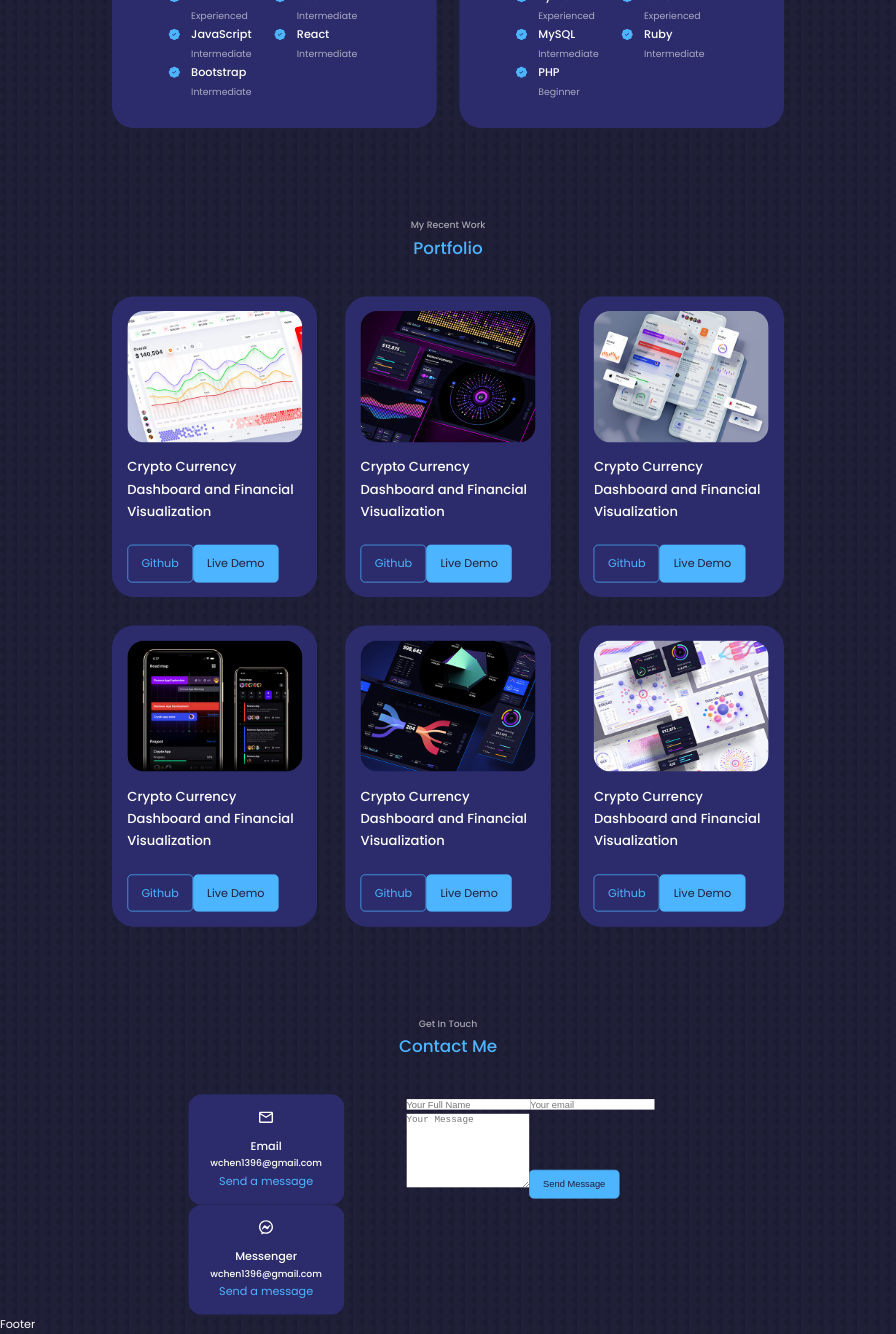
Repository: smallchungus/resumeWebsite
Page: / (app in hello/)
The author's editor kept a copy of each file at every save. The page is drawn from the files as they stood at one save, then again after the next save.
The browser window is 1280 px wide. The pictures show the part of the page from y = 2023 to 3943 px (the page is 3929 px tall before and 3943 px after), at 70% of full size.
The project was rebuilt for these pictures with package versions that can differ from the ones it lists, and the page was loaded fresh each time. Also part of the build but not shown: hello/src/components/services/Services.jsx, hello/src/components/testimonial/Testimonial.jsx, hello/src/components/footer/footer.css. Imported but missing from the stored project, and not drawn on this page: hello/src/assets/cv.pdf.

Above is the page before, as saved 2023-03-24 13:26:11.

### hello/public/index.html
<!DOCTYPE html>
<html lang="en">

<head>
    <meta charset="UTF-8">
    <meta http-equiv="X-UA-Compatible" content="IE=edge">
    <meta name="viewport" content="width-device-width, initial-scale=1.0">
    <title>Resume Portfolio Website</title>
</head>
<body>
    <div id="root"></div>
</body>
</html>

### hello/src/App.jsx
import React from 'react'
import Header from './components/header/Header'
import Nav from './components/nav/Nav'
import About from './components/about/About'
import Experience from './components/experience/Experience'
import Services from './components/services/Services'
import Portfolio from './components/portfolio/Portfolio'
import Testimonial from './components/testimonial/Testimonial'
import Contact from './components/contact/Contact'
import Footer from './components/footer/Footer'

const App = () => {
  return (
    <>
    <Header />
    <Nav />
    <About />
    <Experience />
   {/* <Services /> */}
    <Portfolio />
  {/*<Testimonial/> */}
    <Contact />
    <Footer />
    </>
  )
}

export default App

### hello/src/index.css
@import url('https://fonts.googleapis.com/css2?family=Poppins:wght@300;400;500;600&display=swap');

*{
    margin: 0;
    padding: 0;
    border :0;
    outline: 0;
    box-sizing: border-box;
    list-style: none;
    text-decoration: none;

}

:root {
    --color-bg: #1f1f38;
    --color-bg-variant: #2c2c6c;
    --color-primary: #4db5ff;
    --color-primary-variant: rgba(77, 181, 255, 0.4);
    --color-white: #fff;
    --color-light: rgba(255,255,255,0.6);

    --transition: all 400ms ease;

    --container-width-lg: 75%;
    --container-width-md: 86%;
    --container-width-sm: 90%;

}

html{
    scroll-behavior: smooth;
}

body{
    font-family: 'Poppins', sans-serif;
    background: var(--color-bg);
    color: var(--color-white);
    line-height: 1.7;
    background-image: url(../src/assets/bg-texture.png)
}

/* ======================= General Styles =================*/

.container{
    width: var(--container-width-lg);
    margin: 0 auto;
}

h1,h2,h3,h4,h5{
    font-weight: 500;
}

h1{
    font-size:2.5rem;

}

section {
    margin-top: 8rem;

}

section > h2, section > h5 {
    text-align: center;
    color: var(--color-light);
}

section > h2 {
    color: var(--color-primary);
    margin-bottom: 3rem;
}

.text-light{
    color:var(--color-light);
}

a{
    color: var(--color-primary);
    transition: var(--transition);
}

a:hover{
    color: var(--color-white);
}

.btn{
    width: max-content;
    display: inline-block;
    color: var(--color-primary);
    padding: 0.75rem 1.2rem;
    border-radius: 0.4rem;
    cursor: pointer;
    border: 1px solid var(--color-primary);
    transition: var( --transition );
}

.btn:hover{
    background: var(--color-white);
    color: var(--color-bg);
    border-color: transparent;
}

.btn-primary{
    background: var(--color-primary);
    color: var(--color-bg);
}

img{
    display: block;
    width: 100%;
    object-fit: cover;
}


/*==================Media Queries (Medium Devices ) ============= */
@media screen and (max-width: 1024px) {
    .container{
        width: var(--container-width-md);
    }

    section{
        margin-top: 6rem;
    }
}

/*==================Media Queries (Small Devices ) ============= */
@media screen and (max-width: 600px) {
    .container{
        width: var(--container-width-sm);
    }

    section > h2{
        margin-top: 2rem;
    }
}

### hello/src/components/header/Header.jsx
import React from 'react'
import './header.css'
import CTA from './CTA'
import ME from '../../assets/me.png'
import HeaderSocials from './HeaderSocials'
const Header = () => {
  return (
    <header>
      <div className="container header_container">
        <h5>Hello I'm</h5>
        <h1>William Chen</h1>
        <h5 className='text-light'>Fullstack Developer</h5>
        <CTA />
        <HeaderSocials/>

        <div className="me">
          <img src={ME} alt="me" />
        </div>

        <a href='#contact' className='scroll_down'>Scroll down</a>
      </div>
    </header>
  )
}

export default Header

### hello/src/components/nav/Nav.jsx
import React from 'react'
import './nav.css'
import {AiOutlineHome} from 'react-icons/ai'
import {AiOutlineUser}  from 'react-icons/ai'
import {BiBook} from 'react-icons/bi'
import {RiServiceLine} from 'react-icons/ri'
import {BiMessageSquareDetail} from 'react-icons/bi'
import {useState} from 'react'

const Nav = () => {
  const[activeNav, setActiveNav] = useState('#');
  return (
    <nav>
      <a href="#" onClick={() => setActiveNav('#')} className={activeNav === '#' ? 'active' : ''}><AiOutlineHome/></a>
      <a href="#about" onClick={() => setActiveNav('#about')} className={activeNav === '#about' ? 'active' : ''}><AiOutlineUser/></a>
      <a href="#experience" onClick={() => setActiveNav('#experience')} className={activeNav === '#experience' ? 'active' : ''}><BiBook/></a>
      <a href="#services" onClick={() => setActiveNav('#services')} className={activeNav === '#services' ? 'active' : ''}><RiServiceLine/></a>
      <a href="#contact" onClick={() => setActiveNav('#contact')} className={activeNav === '#contact' ? 'active' : ''}><BiMessageSquareDetail/></a>
    </nav>
  )
}

export default Nav

### hello/src/components/about/About.jsx
import React from 'react'
import './about.css'
import ME from '../../assets/me-about.jpg'
import {FiAward} from 'react-icons/fi'
import {FiUsers} from 'react-icons/fi'
import {VscFolderLibrary} from 'react-icons/vsc'

const About = () => {
  return (
    <section id='about'>
      <h5>Get To Know </h5>
      <h2>About Me</h2>

      <div className="container about_container">
        <div className="about_me" >
          <div className="about_me-image">
          <img src={ME} alt="About Image" />
          </div>
        </div>

        <div className="about_content">
          <div className="about_cards">
            <article className="about_card">
              <FiAward className='about_icon'/>
              <h5>Experience</h5>
              <small>1 Year Working</small>
            </article>
            <article className="about_card">
              <FiUsers className='about_icon'/>
              <h5>Clients</h5>
              <small>200+ clients worldwide</small>
            </article>
            <article className="about_card">
              <VscFolderLibrary className='about_icon'/>
              <h5>Projects</h5>
              <small>80+ completed</small>
            </article>
          </div>
          <p>
          Lorem ipsum dolor sit amet, consectetur adipiscing elit. Etiam lacinia nisl sit amet placerat gravida. Phasellus nibh neque, placerat in faucibus
          id, eleifend id dui. Nunc ultrices condimentum elit eu faucibus. Curabitur sed libero magna. Pellentesque magna dui, egestas sed turpis
          sit amet, pretium dictum orci. Suspendisse vestibulum lacinia elit quis tempus. Integer at enim velit. Aenean scelerisque mollis nulla eu finibus. Aenean eu purus lacinia, ultricies dolor ac, finibus elit.
          Cras quis molestie ante. In tristique arcu libero, et egestas lorem eleifend ut. Maecenas eget sem scelerisque, aliquam nisl quis, consectetur urna. Sed at eros ac arcu iaculis blandit eget nec dui. Nullam porta,
          ipsum vitae pharetra vestibulum, nunc mi lacinia eros, pellentesque varius tortor nulla ut dui. Sed blandit leo pretium egestas vulputate. Pellentesque porta bibendum ante et consectetur.
          </p>
          <a href="#contact" className='btn btn-primary'>Let's Talk</a>

        </div>
      </div>
    </section>
  )
}

export default About

### hello/src/components/experience/Experience.jsx
import React from 'react'
import './experience.css'
import {BsPatchCheck, BsPatchCheckFill} from 'react-icons/bs'

const Experience = () => {
  return (
    <section id='experience'>
      <h5>What Skills I have</h5>
      <h2>What Experience</h2>

      <div className="container experience_container">
        <div className="experience_frontend">
          <h3>Frontend Development</h3>
          <div className="experience_content">
            <article className='experience_details'>
              <BsPatchCheckFill className='experience_details_icon'/>
              <div>
                <h4>HTML</h4>
                <small className='text-light'> Experienced </small>
              </div>
            </article>
            <article className='experience_details'>
              <BsPatchCheckFill className='experience_details_icon'/>
              <div>
                <h4>CSS</h4>
                <small className='text-light'> Intermediate </small>
              </div>
            </article>
            <article className='experience_details'>
              <BsPatchCheckFill className='experience_details_icon'/>
              <div>
                <h4>JavaScript</h4>
                <small className='text-light'> Intermediate </small>
              </div>
            </article>
            <article className='experience_details'>
              <BsPatchCheckFill className='experience_details_icon'/>
              <div>
                <h4>React</h4>
                <small className='text-light'> Intermediate </small>
              </div>
            </article>
            <article className='experience_details'>
              <BsPatchCheckFill className='experience_details_icon'/>
              <div>
                <h4>Bootstrap</h4>
                <small className='text-light'> Intermediate </small>
              </div>
            </article>
          </div>
          </div>


          <div className="experience_backend">
          <h3>Backend Development</h3>
          <div className="experience_content">
            <article className='experience_details'>
              <BsPatchCheckFill className='experience_details_icon'/>
              <div>
                <h4>Python</h4>
                <small className='text-light'> Experienced </small>
              </div>
            </article>
            <article className='experience_details'>
              <BsPatchCheckFill className='experience_details_icon'/>
              <div>
                <h4>Java</h4>
                <small className='text-light'> Experienced </small>
              </div>
            </article>
            <article className='experience_details'>
              <BsPatchCheckFill className='experience_details_icon'/>
              <div>
                <h4>MySQL</h4>
                <small className='text-light'> Intermediate </small>
              </div>
            </article>
            <article className='experience_details'>
              <BsPatchCheckFill className='experience_details_icon'/>
              <div>
                <h4>Ruby</h4>
                <small className='text-light'> Intermediate </small>
              </div>
            </article>
            <article className='experience_details'>
              <BsPatchCheckFill className='experience_details_icon'/>
              <div>
                <h4>PHP</h4>
                <small className='text-light'> Beginner </small>
              </div>
            </article>
            </div>
          </div>
      </div>
    </section>
  )
}

export default Experience

### hello/src/components/portfolio/Portfolio.jsx
import React from 'react'
import './portfolio.css'
import IMG1 from '../../assets/portfolio1.jpg'
import IMG2 from '../../assets/portfolio2.jpg'
import IMG3 from '../../assets/portfolio3.jpg'
import IMG4 from '../../assets/portfolio4.jpg'
import IMG5 from '../../assets/portfolio5.png'
import IMG6 from '../../assets/portfolio6.jpg'

const data =[
  {
    id: 1,
    image: IMG1,
    title: 'Crypto Currency Dashboard and Financial Visualization',
    github: 'https://github.com',
    demo: 'https://dribble.com/shots/16673715-Crypto-currency-dashboards-and-financial-data-visualization'
  },
  {
    id: 2,
    image: IMG2,
    title: 'Crypto Currency Dashboard and Financial Visualization',
    github: 'https://github.com',
    demo: 'https://dribble.com/shots/16673715-Crypto-currency-dashboards-and-financial-data-visualization'
  },
  {
    id: 3,
    image: IMG3,
    title: 'Crypto Currency Dashboard and Financial Visualization',
    github: 'https://github.com',
    demo: 'https://dribble.com/shots/16673715-Crypto-currency-dashboards-and-financial-data-visualization'
  },
  {
    id: 4,
    image: IMG4,
    title: 'Crypto Currency Dashboard and Financial Visualization',
    github: 'https://github.com',
    demo: 'https://dribble.com/shots/16673715-Crypto-currency-dashboards-and-financial-data-visualization'
  },
  {
    id: 5,
    image: IMG5,
    title: 'Crypto Currency Dashboard and Financial Visualization',
    github: 'https://github.com',
    demo: 'https://dribble.com/shots/16673715-Crypto-currency-dashboards-and-financial-data-visualization'
  },
  {
    id: 6,
    image: IMG6,
    title: 'Crypto Currency Dashboard and Financial Visualization',
    github: 'https://github.com',
    demo: 'https://dribble.com/shots/16673715-Crypto-currency-dashboards-and-financial-data-visualization'
  },
]
const Portfolio = () => {
  return (
    < section id='portfolio'>
    <h5>My Recent Work</h5>
    <h2>Portfolio</h2>

    <div className="container portfolio_container">
    {
      data.map(({id, image, title, github, demo}) => {
        return(
      <article key={id} className='portfolio_item'>
        <div className='portfolio_item-image'>
          <img src={image} alt={title}/>
        </div>
        <h3>{title}</h3>
        <div className="portoflio_item-cta">
          <a href={github} className='btn' target='blank'>Github</a>
          <a href={demo} className='btn btn-primary' target='_blank'>Live Demo</a>
        </div>
      </article>
        )
      })
    }
    </div>
  </section>
  )
}

export default Portfolio

### hello/src/components/contact/Contact.jsx
import React from 'react'
import './contact.css'
import {MdOutlineEmail} from 'react-icons/md'
import {RiMessengerLine} from 'react-icons/ri'


const Contact = () => {
  return (
    <section id='contact'>
      <h5>Get In Touch</h5>
      <h2>Contact Me</h2>

      <div className="container contact_container">
        <div className="contact_options">
          <article className="contact_option">
            <MdOutlineEmail className='contact_option-icon'/>
            <h4>Email</h4>
            <h5>wchen1396@gmail.com</h5>
            <a href="mailto:wchen1396@gmail.com">Send a message</a>
          </article>
          <article className="contact_option">
            <RiMessengerLine className='contact_option-icon'/>
            <h4>Messenger</h4>
            <h5>wchen1396@gmail.com</h5>
            <a href="https://www.facebook.com/smalltaiwaneseboyo/">Send a message</a>
          </article>
        </div>
        {/*END OF CONTACT OPTIONS */}
        <form action="">
          <input type="text" name='name' placeholder='Your Full Name' required/>
          <input type='email' name='email' placeholder='Your email' required/>
          <textarea name="message" rows="7" placeholder='Your Message' required></textarea>
          <button type='submit' className='btn btn-primary'>Send Message</button>
        </form>
      </div>
    </section>
  )
}

export default Contact

### hello/src/components/header/header.css
header {
    height: 100vh;
    padding-top: 7rem;
    overflow: hidden;
}

.header_container{
    text-align: center;
    height: 100%;
    position: relative;
}

/*========================= CTA ======================= */
.cta {
    margin-top: 2.5rem;
    display: flex;
    gap: 1.2rem;
    justify-content: center;

}

/* ======================= Header Socials ==================== */
.header_socials {
    display: flex;
    flex-direction: column;
    align-items: center;
    gap: 0.8rem;
    position: absolute;
    left: 0;
    bottom: 3rem;

}

.header_socials::after{
    content: '';
    width: 1px;
    height: 2rem;
    background: var(--color-primary);
}

/* ===================== ME ==================*/

.me{
    background: linear-gradient(var(--color-primary), transparent);
    width: 22rem;
    height: 30rem;
    position: absolute;
    left: calc(50% - 11rem);
    margin-top: 4rem;
    border-radius: 12rem 12rem 0 0;
    overflow: hidden;
    padding: 5rem 1.5rem 1.5rem 1.5rem;

}

.scroll_down {
    position: absolute;
    right: -2.3rem;
    bottom: 5rem;
    transform: rotate(90deg);
    font-weight: 300;
    font-size: 0.9rem;
}

@media screen and (max-width: 600px) {
    header {
        height: 100vh;
    }
}

@media screen and (max-width: 600px)
{
    header {
        height: 100vh;
    }

    .header_socials, .scroll_down{
        display: none;
    }
}

### hello/src/components/header/CTA.jsx
import React from 'react'
import CV from '../../assets/cv.pdf'
const CTA = () => {
  return (
    <div className ='cta'>
        <a href={CV} download className='btn'>Download CV</a>
        <a href="#contact" className='btn btn-primary'>Let's Talk</a>
    </div>
  )
}

export default CTA

### hello/src/components/header/HeaderSocials.jsx
import React from 'react'
import {BsLinkedin} from 'react-icons/bs'
import {BsGithub} from 'react-icons/bs'
import {AiFillDribbbleSquare} from 'react-icons/ai'
const HeaderSocials = () => {
  return (
    <div className='header_socials'>
        <a href="https://linkedin.com/willchenn" target="_blank"><BsLinkedin></BsLinkedin></a>
        <a href="https://github.com/smallchungus" target="_blank"><BsGithub></BsGithub></a>
        <a href="https://dribble.com/" target="_blank"><AiFillDribbbleSquare></AiFillDribbbleSquare></a>
        </div>
  )
}

export default HeaderSocials

### hello/src/components/nav/nav.css
nav {
    background: rgba(0, 0, 0, 0.3);
    width: max-content;
    display: block;
    padding: 0.7rem 1.7rem;
    z-index: 2;
    position: fixed;
    left: 50%;
    transform: translateX(-50%);
    bottom: 2rem;
    display: flex;
    gap: 0.8rem;
    border-radius: 3rem;
    backdrop-filter: blur(15px);
}

nav a{
    background: transparent;
    padding: 0.9rem;
    border-radius: 50%;
    display: flex;
    color: var(--color-light);
    font-size: 1.1rem;
}

nav a:hover{
    background: rgba(0,0,0,0.3);
}

nav a.active {
    background: var(--color-bg);
    color: var(--color-white);
}

### hello/src/components/about/about.css
.about_container {
    display: grid;
    grid-template-columns: 35% 50%;
    gap: 15%;
}

.about_me {
    width: 100%;
    aspect-ratio: 1/1;
    border-radius: 2rem;
    background: linear-gradient(
        45deg,
        transparent,
        var(--color-primary),
        transparent
    );
    display: grid;
    place-items: center;
}

.about_me-image{
    border-radius: 2rem;
    overflow: hidden;
    transform: rotate(10deg);
    transition: var(--transition);

}

.about_me-image:hover{
    transform: rotate(0);
}

.about_cards{
    display: grid;
    grid-template-columns: repeat(3, 1fr);
    gap: 1.5rem;
}

.about_card {
    background: var(--color-bg-variant);
    border: 1px solid transparent;
    border-radius: 1rem;
    padding: 2rem;
    text-align: center;
    transition: var(--transition);
}

.about_card:hover {
    background: transparent;
    border-color: var(--color-primary-variant);
    cursor: default;
}

.about_icon {
    color: var(--color-primary);
    font-size: 1.4 rem;
    margin-bottom: 1rem;
}

.about_card h5 {
    font-size: 0.95rem;
}

.about_card small {
    font-size: 0.7 rem;
    color: var(--color-light);
}

.about_content p {
    margin: 2rem 0 2.6 rem;
    color: var(--color-light);
}

@media screen and (max-width: 1024px) {
    .about_container {
        grid-template-columns: 1fr;
        gap: 0;
    }

    .about_me {
        width: 50%;
        margin: 2rem auto 4rem;
    }

    .about_content p{
        margin: 1rem 0 1.5rem;
    }
}

@media screen and (max-width: 600px )
{
    .about_me{
        width: 65%;
        margin: 0 auto 3rem;
    }
    .about_cards {
        grid-template-columns: 1fr 1fr;
        gap: 1rem;
    }
    .about_content {
        text-align: center;
    }
    .about_content p {
        margin: 1.5rem 0;
    }
}

### hello/src/components/experience/experience.css
.experience_container{
    display: grid;
    grid-template-columns: 1fr 1fr;
    gap: 2rem;
}

.experience_container > div {
    background: var(--color-bg-variant);
    padding: 2.4rem 5rem;
    border-radius: 2rem;
    border: 1px solid transparent;
    transition: var(--transition);
}

.experience_container > div:hover {
    background: transparent;
    border-color: var(--color-primary-variant);
    cursor: default;
}

.experience_container > div h3 {
    text-align: center;
    margin-bottom: 2rem;
    color: var(--color-primary);
}

.experience_content {
    display: grid;
    grid-template-columns: 1fr 1fr;
}

.experience_details {
    display: flex;
    gap: 1rem;
}

.experience_details_icon {
     margin-top: 6px;
     color: var(--color-primary);
}


@media screen and (max-width:1024px) {
    .experience_container {
        grid-template-columns: 1fr;
    }

    .experience_container > div{
        width: 80%;
        padding: 2rem;
        margin: 0 auto;
    }
    .experience_content{
        padding: 1rem;
    }
}

@media screen and (max-width:600px) {
    .experience_container {
        gap: 1rem;
    }

    .experience_container > div {
        width: 100%;
        padding: 2rem 1rem;
    }
}

### hello/src/components/portfolio/portfolio.css
.portfolio_container{
    display:grid;
    grid-template-columns: repeat(3, 1fr);
    gap: 2.5rem;
}

.portfolio_item{
    background: var(--color-bg-variant);
    padding: 1.3rem;
    border-radius: 2rem;
    border: 1px solid transparent;
    transition: var(--transition);
}

.portfolio_item:hover {
    border-color: var(--color-primary-variant);
    background:transparent;
}

.portfolio_item-image{
    border-radius: 1.5rem;
    overflow: hidden;
}

.portfolio_item h3{
    margin: 1.2rem 0 2rem;
}

.portolio_item-cta{
    display: flex;
    gap: 1rem;
    margin-bottom: 1rem;
}

@media screen and (max-width: 1024px) {
    .portfolio_container{
        grid-template-columns: 1fr 1fr;
        gap: 1.2rem;
    }

}
@media screen and (max-width: 600px) {
    .portfolio_container{
        grid-template-columns: 1fr;
        gap: 1rem;
    }

}

### hello/src/components/contact/contact.css
.container.contact_container{
    width: 58%;
    display: grid;
    grid-template-columns: 30% 58%;
    gap: 12%;
}

.contact_options {
    display: flex;
    flex-direction: column;
    gap: 1.2 rem;
}

.contact_option {
    background: var(--color-bg-variant);
    padding: 1.2rem;
    border-radius: 1.2rem;
    text-align: center;
    border: 1px solid transparent;
    transition: var(--transition);
}

.contact_option:hover {
    background: transparent;
    border-color: var(--color-primary-variant);
}

.contact_option-icon{
    font-size:1.5rem;
    margin-bottom: 0.5rem;
}

.contact_option a{
    margin-top: 0.7rem;

}

Loaded but not shown: hello/src/index.js (common file); hello/src/components/footer/Footer.jsx (common file); hello/src/components/services/services.css (no stored copy; drawn as an empty file); hello/src/components/testimonial/testimonial.css (no stored copy; drawn as an empty file)

After the next save:
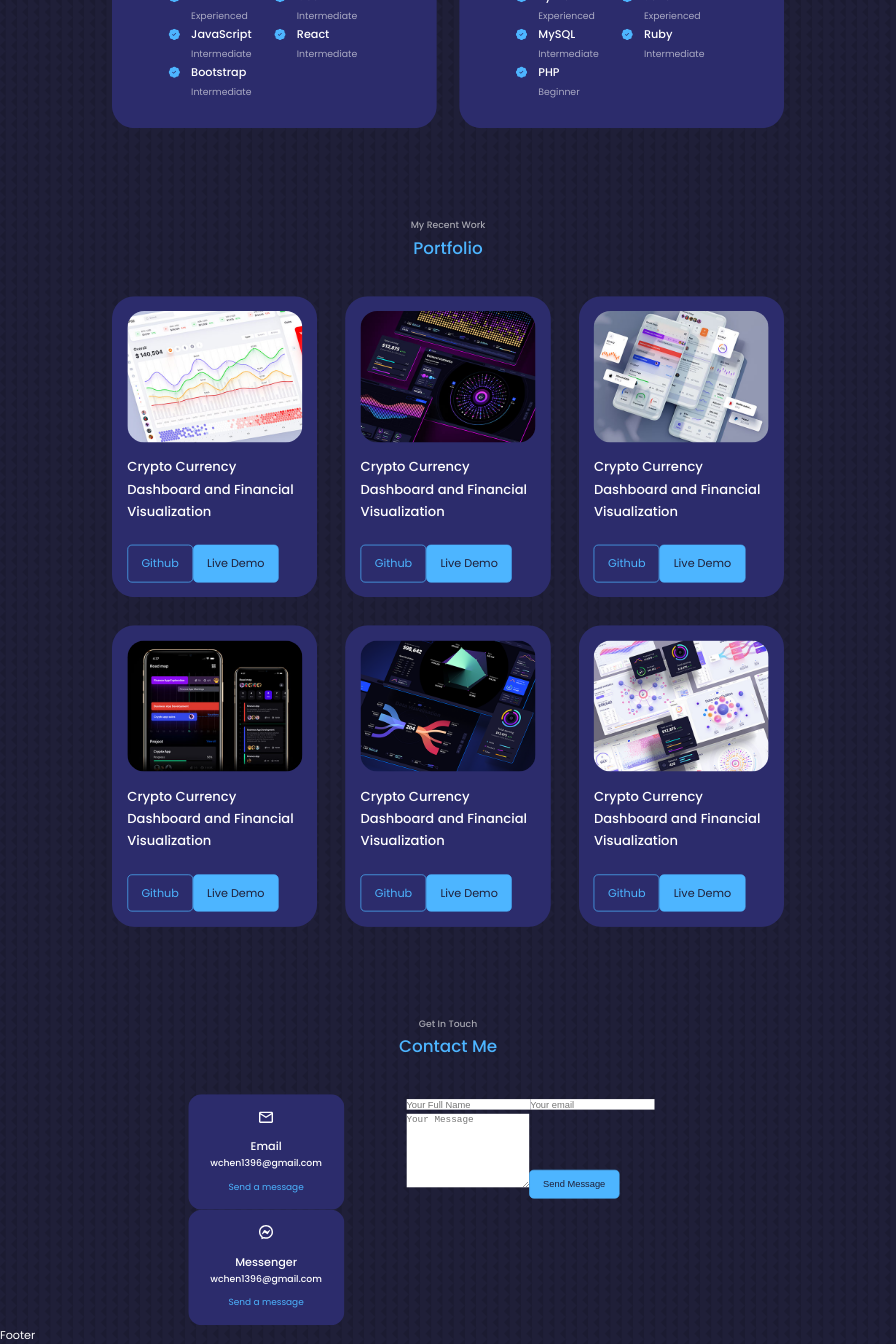
Saved 7 s later.
--- a/hello/src/components/contact/contact.css
+++ b/hello/src/components/contact/contact.css
@@ -32,5 +32,6 @@
 
 .contact_option a{
     margin-top: 0.7rem;
-
+    display:inline-block;
+    font-size: 0.8rem;
 }
